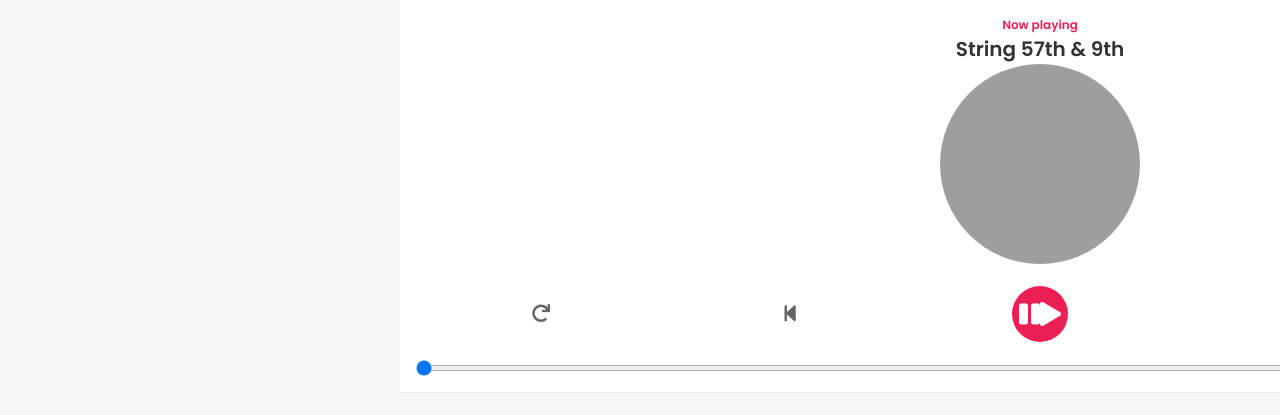
Repository: NBlue/Music_Player
Page: index.html
These files come from the project's save history. The page is drawn as it stood at one moment and after the next save; the edit follows.
The browser window is 1280 px wide. The pictures show the whole page.
Pictures or frames that could not be fetched are drawn as grey boxes.

Above is the page before, as saved 2021-10-12 22:03:44.

### index.html
<!DOCTYPE html>
<html lang="en">
    <head>
        <meta charset="UTF-8" />
        <meta http-equiv="X-UA-Compatible" content="IE=edge" />
        <meta name="viewport" content="width=device-width, initial-scale=1.0" />
        <title>Music player</title>
        <link
            rel="stylesheet"
            href="https://cdnjs.cloudflare.com/ajax/libs/font-awesome/5.15.2/css/all.min.css"
            integrity="sha512-HK5fgLBL+xu6dm/Ii3z4xhlSUyZgTT9tuc/hSrtw6uzJOvgRr2a9jyxxT1ely+B+xFAmJKVSTbpM/CuL7qxO8w=="
            crossorigin="anonymous"
        />
        <link rel="preconnect" href="https://fonts.gstatic.com" />
        <link
            href="https://fonts.googleapis.com/css2?family=Poppins:wght@300;400;600&display=swap"
            rel="stylesheet"
        />

        <link rel="stylesheet" href="./assets/css/style.css" />
    </head>
    <body>
        <div class="player">
            <!-- Dashboard - Bảng điều khiển -->
            <div class="dashboard">
                <!-- Header -->
                <header>
                    <h4>Now playing</h4>
                    <h2>String 57th & 9th</h2>
                </header>

                <!-- CD -->
                <div class="cd">
                    <div
                        class="cd-thumb"
                        style="
                            background-image: url(https://i.ytimg.com/vi/jTLhQf5KJSc/maxresdefault.jpg);
                        "
                    ></div>
                </div>

                <!-- Control -->
                <div class="control">
                    <div class="btn btn-repeat">
                        <i class="fas fa-redo"></i>
                    </div>
                    <div class="btn btn-prev">
                        <i class="fas fa-step-backward"></i>
                    </div>
                    <div class="btn btn-toggle-play">
                        <i class="fas fa-pause icon-pause"></i>
                        <i class="fas fa-play icon-play"></i>
                    </div>
                    <div class="btn btn-next">
                        <i class="fas fa-step-forward"></i>
                    </div>
                    <div class="btn btn-random">
                        <i class="fas fa-random"></i>
                    </div>
                </div>

                <input
                    type="range"
                    id="progress"
                    class="progress"
                    value="0"
                    step="1"
                    min="0"
                    max="100"
                />

                <audio src="" id="audio"></audio>
            </div>

            <!-- Playlist -->
            <div class="playlist">
                <div class="song">
                    <div
                        class="thumb"
                        style="
                            background-image: url(https://i.ytimg.com/vi/jTLhQf5KJSc/maxresdefault.jpg);
                        "
                    ></div>
                    <div class="body">
                        <h3 class="title">Music name</h3>
                        <p class="author">Singer</p>
                    </div>
                    <div class="option">
                        <i class="fas fa-ellipsis-h"></i>
                    </div>
                </div>
                <div class="song">
                    <div
                        class="thumb"
                        style="
                            background-image: url(https://i.ytimg.com/vi/jTLhQf5KJSc/maxresdefault.jpg);
                        "
                    ></div>
                    <div class="body">
                        <h3 class="title">Music name</h3>
                        <p class="author">Singer</p>
                    </div>
                    <div class="option">
                        <i class="fas fa-ellipsis-h"></i>
                    </div>
                </div>
                <div class="song">
                    <div
                        class="thumb"
                        style="
                            background-image: url(https://i.ytimg.com/vi/jTLhQf5KJSc/maxresdefault.jpg);
                        "
                    ></div>
                    <div class="body">
                        <h3 class="title">Music name</h3>
                        <p class="author">Singer</p>
                    </div>
                    <div class="option">
                        <i class="fas fa-ellipsis-h"></i>
                    </div>
                </div>
            </div>
        </div>
    </body>
</html>

### assets/css/style.css
:root {
    --primary-color: #ec1f55;
    --text-color: #333;
}

* {
    padding: 0;
    margin: 0;
    box-sizing: border-box;
}

body {
    background-color: #f5f5f5;
}

html {
    box-sizing: border-box;
    font-family: "Poppins", sans-serif;
}

.player {
    position: relative;
    max-width: 480px;
    margin: 0 auto;
}

.player .icon-pause {
    display: inline-block;
}

.player.playing .icon-play {
    display: none;
}

.dashboard {
    padding: 16px 16px 14px;
    background-color: #fff;
    position: fixed;
    top: 0;
    width: 100%;
    min-width: 480px;
    border-bottom: 1px solid #ebebeb;
}

/* HEADER */
header {
    text-align: center;
    border-bottom: 10px;
}

header h4 {
    color: var(--primary-color);
    font-size: 12px;
}

header h2 {
    color: var(--text-color);
    font-size: 20px;
}

/* CD */
.cd {
    display: flex;
    margin: auto;
    width: 200px;
}

.cd-thumb {
    width: 100%; /*Xét chiều rộng cho ảnh*/
    padding-bottom: 100%; /* Phải padding top hoặc botom thì ảnh mới hiện ra*/
    border-radius: 50%;
    background-color: #333;
    background-size: cover;
    margin: auto;
}

/* CONTROL */
.control {
    display: flex;
    justify-content: space-around;
    align-items: center;
    padding: 18px 0 8px 0;
}

.control .btn {
    color: #666;
    padding: 18px;
    font-size: 18px;
}

.control .btn.active {
    color: var(--primary-color);
}

.control .btn-toggle-play {
    width: 56px;
    height: 56px;
    border-radius: 50%;
    font-size: 24px;
    color: #fff;
    display: flex;
    justify-content: center;
    align-items: center;
    background-color: var(--primary-color);
}

.progress {
    width: 100%;
    height: 6px;
}
.playlist {
}
.song {
}
.thumb {
}
.body {
}
.title {
}
.author {
}
.option {
}
.fa-ellipsis-h {
}
.btn.btn-repeat {
}
.fas.fa-redo {
}
.btn.btn-prev {
}
.fas.fa-step-backward {
}
.btn.btn-toggle-play {
}
.fas.fa-pause.icon-pause {
}
.fas.fa-play.icon-play {
}
.btn.btn-next {
}
.fas.fa-step-forward {
}
.btn.btn-random {
}
.fas.fa-random {
}
.fas.fa-ellipsis-h {
}

After the next save:
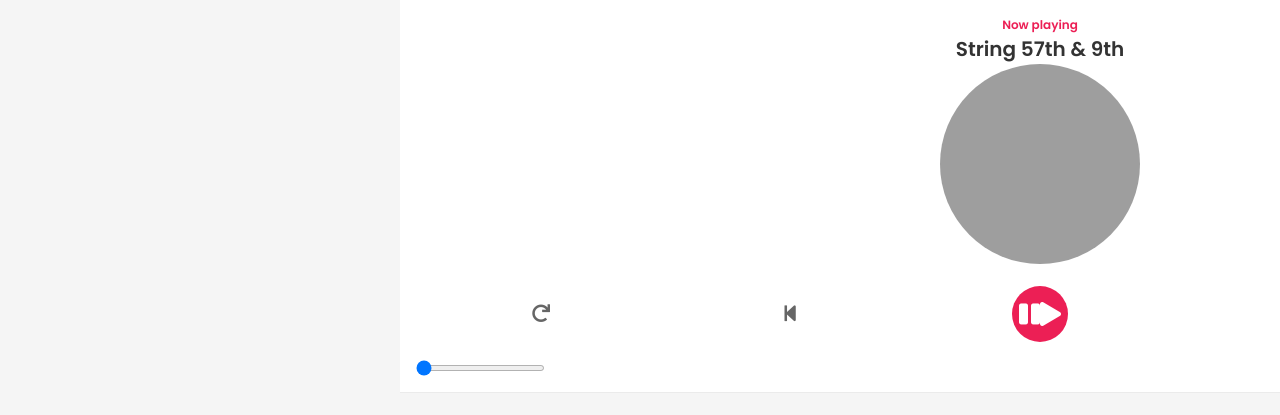
Saved 30 s later.
--- a/assets/css/style.css
+++ b/assets/css/style.css
@@ -105,7 +105,7 @@
 }
 
 .progress {
-    width: 100%;
+    /* width: 100%; */
     height: 6px;
 }
 .playlist {

After the save that followed:
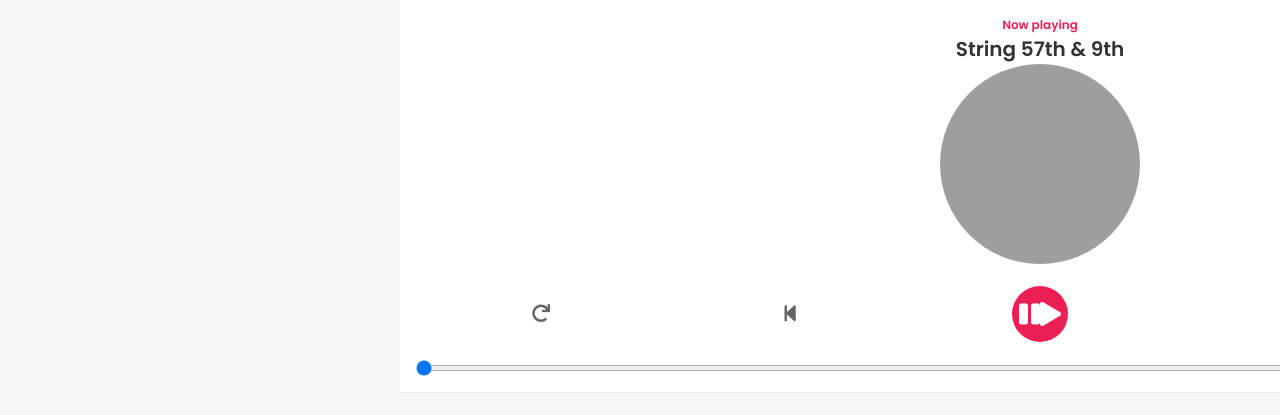
Saved 18 s later.
--- a/assets/css/style.css
+++ b/assets/css/style.css
@@ -105,7 +105,7 @@
 }
 
 .progress {
-    /* width: 100%; */
+    width: 100%;
     height: 6px;
 }
 .playlist {
